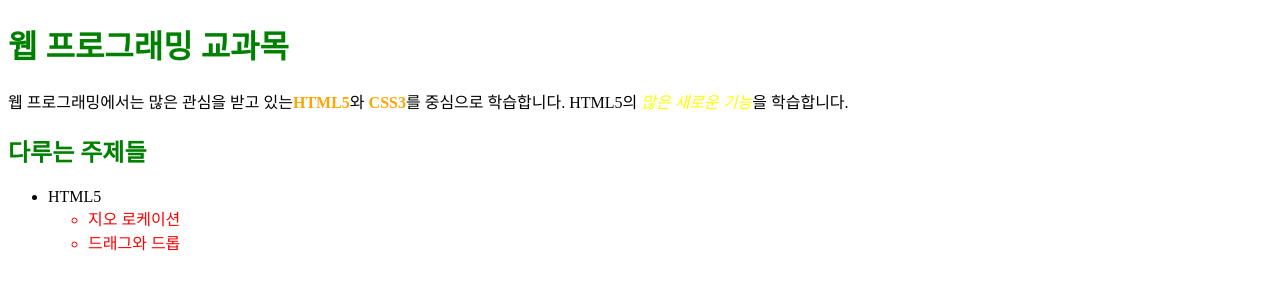
Repository: daehyeonhong/HTML
Page: exercise/WebContent/exercise0519/exercise012.html
The author's editor kept a copy of each file at every save. The page is drawn from the files as they stood at one save, then again after the next save.
The browser window is 1280 px wide. The pictures show the whole page.

Above is the page before, as saved 2020-05-19 10:26:58.

### exercise/WebContent/exercise0519/exercise012.html
<!DOCTYPE html>
<html>
<head>
<meta charset="UTF-8">
<title>Insert title here</title>
<style type="text/css">
body h1 {
	color: green;
}

p>strong {
	color: orange;
}

p>em {
	color: yellow;
}

body h2 {
	color: green;
}

h2, ul ul {
	color: red;
}
</style>
</head>
<body>
	<h1>웹 프로그래밍 교과목</h1>

	<p>
		웹 프로그래밍에서는 많은 관심을 받고 있는<strong>HTML5</strong>와 <strong>CSS3</strong>를
		중심으로 학습합니다. HTML5의 <em>많은 새로운 기능</em>을 학습합니다.
	</p>

	<h2>다루는 주제들</h2>
	<ul>
		<li>HTML5
			<ul>
				<li>지오 로케이션</li>
				<li>드래그와 드롭</li>
			</ul>
		</li>
	</ul>
</body>
</html>

After the next save:
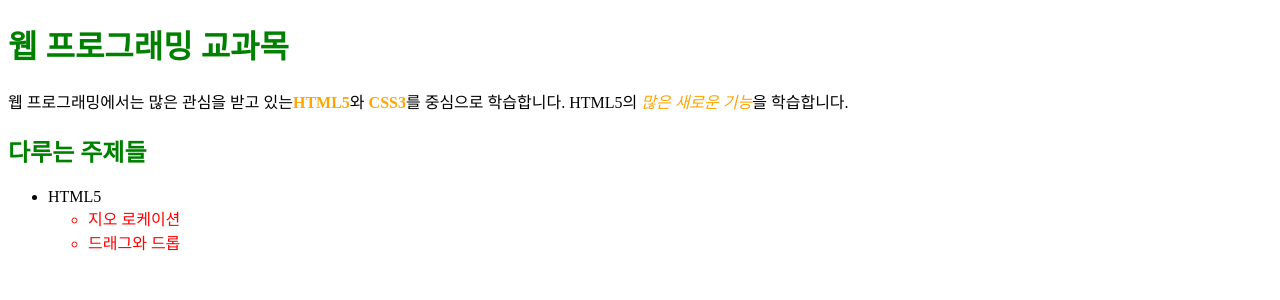
Saved 2 s later.
--- a/exercise/WebContent/exercise0519/exercise012.html
+++ b/exercise/WebContent/exercise0519/exercise012.html
@@ -8,12 +8,8 @@ body h1 {
 	color: green;
 }
 
-p>strong {
+p> strong, em{
 	color: orange;
-}
-
-p>em {
-	color: yellow;
 }
 
 body h2 {
